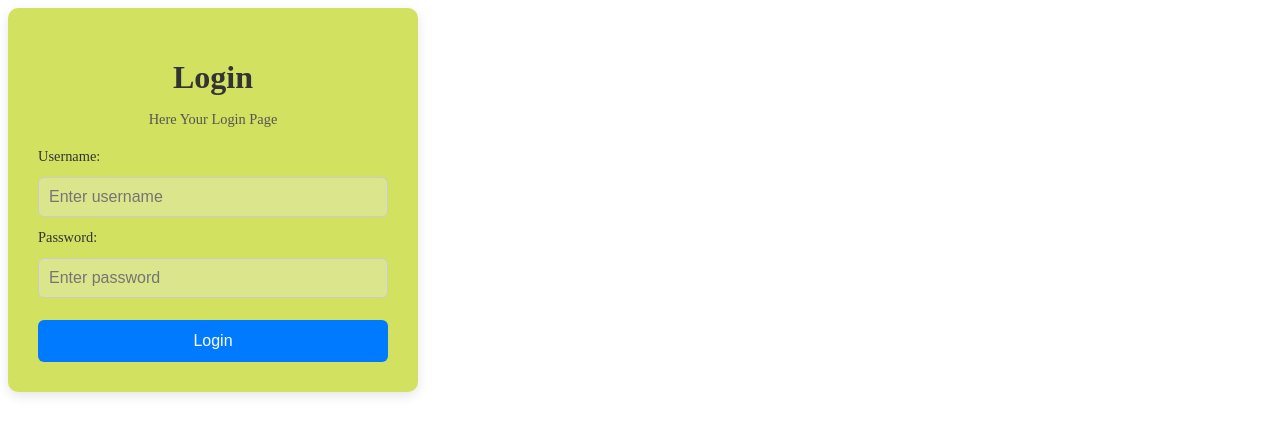
Repository: AdityaTech-Pro/FullStackWithBridgelabz
Page: login form/index.html
These files come from the project's save history. The page is drawn as it stood at one moment and after the next save; the edit follows.
The browser window is 1280 px wide. The pictures show the whole page.

Above is the page before, as saved 2025-11-17 09:28:43.
Console error: ReferenceError: inputUsername is not defined

### login form/index.html
<!DOCTYPE html>
<html lang="en">

<head>
    <meta charset="UTF-8" />
    <meta name="viewport" content="width=device-width, initial-scale=1.0" />
    <title>Login Page</title>
    <link rel="stylesheet" href="./style.css" />
</head>

<body>
    <main class="login-container">
        <h1>Login</h1>
        <p>Here Your Login Page</p>


        <div class="login-box" BackgroundColor="#f0f0f0" Padding="20px" BorderRadius="5px">
            <label>Username:</label>
            <input type="text" placeholder="Enter username" disabled>


            <label>Password:</label>
            <input type="password" placeholder="Enter password" disabled>


            <button disabled>Login</button>
        </div>
    </main>


    <script src="script.js"></script>
</body>

</html>

### login form/style.css

   //LOGIN PAGE - STYLED WITH STANDARD MODERN COLORS

body {
  margin: 50%;
  padding: 50%;
  font-family: Arial, Helvetica, sans-serif;
  background: #c0dc35ff; /* Light grey background */
  display: flex;
  justify-content: center;
  align-items: center;
  height: 100vh;
}

.login-container {
  background: #d2e160ff; /* White card background */
  padding: 30px;
  border-radius: 10px;
  width: 350px;
  box-shadow: 0 4px 12px rgba(0, 0, 0, 0.1); /* Soft shadow */
  text-align: center;
}

h1 {
  margin-bottom: 10px;
  color: #333333; /* Dark text */
}

p {
  color: #555555; /* Medium grey */
  font-size: 0.9rem;
  margin-bottom: 20px;
}

.login-box {
  display: flex;
  flex-direction: column;
  gap: 12px;
}

label {
  text-align: left;
  font-size: 0.9rem;
  color: #333333;
}

input {
  padding: 10px;
  border: 1px solid #cccccc;
  border-radius: 6px;
  font-size: 1rem;
}

button {
  padding: 12px;
  background: #007bff; /* Standard blue button */
  color: white;
  border: none;
  border-radius: 6px;
  cursor: not-allowed; /* Disabled on purpose */
  font-size: 1rem;
  margin-top: 10px;
}

### login form/script.js
// Sample stored credentials (for demo purposes)
//const storedUsername = "admin";
//const storedPassword = "12345";

// User-provided login values (in a real system, these would come from inputs)
//const inputUsername = "admin"; // modify to test
//const inputPassword = "12345"; // modify to test

console.log("================ LOGIN AUTHENTICATION ================");
console.log(`Entered Username: ${inputUsername}`);
console.log(`Entered Password: ${inputPassword}`);
console.log("-------------------------------------------------------");

// Authentication logic
if (inputUsername === storedUsername && inputPassword === storedPassword) {
    console.log("Login Successful ✔");
    console.log("Welcome to the system!");
} else {
    console.log("Login Failed ✘");
    console.log("Invalid username or password.");
}

console.log("=======================================================");

After the next save:
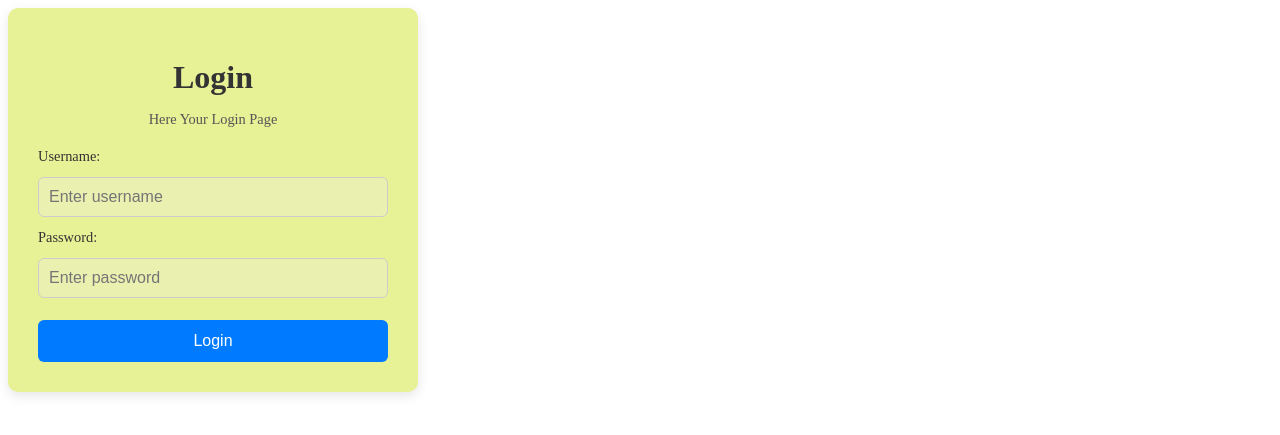
Saved 6 s later.
--- a/login form/style.css
+++ b/login form/style.css
@@ -13,7 +13,7 @@ body {
 }
 
 .login-container {
-  background: #d2e160ff; /* White card background */
+  background: #e7f195ff; /* White card background */
   padding: 30px;
   border-radius: 10px;
   width: 350px;
